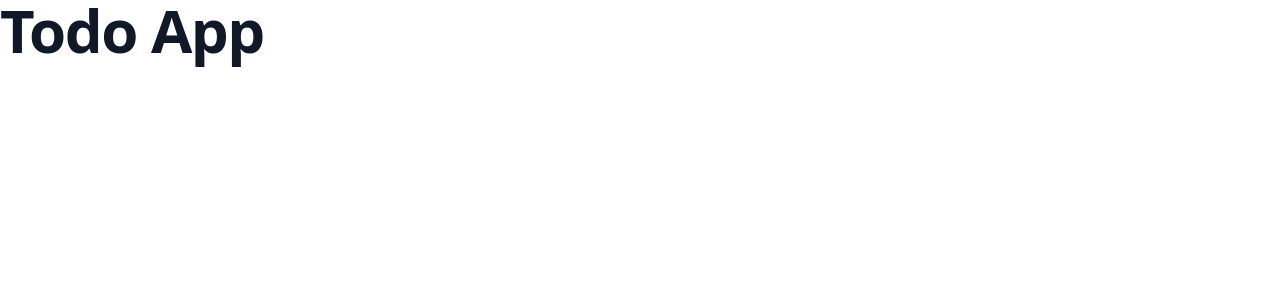
Repository: sodmaq/Todo-App
Page: /
The author's editor kept a copy of each file at every save. The page is drawn from the files as they stood at one save, then again after the next save.
The browser window is 1280 px wide. The pictures show the whole page.
The project was rebuilt for these pictures with package versions that can differ from the ones it lists, and the page was loaded fresh each time. Also part of the build but not shown: vite.config.js.

Above is the page before, as saved 2024-09-03 11:57:23.

After the next save:
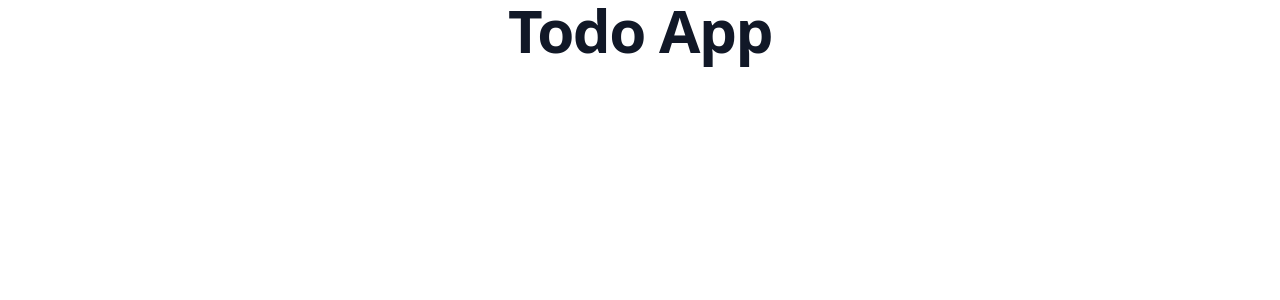
Saved 33 s later.
--- a/src/components/Header.jsx
+++ b/src/components/Header.jsx
@@ -1,7 +1,7 @@
 function Header() {
   return (
     <div>
-      <h1 className="mb-4 text-4xl font-extrabold leading-none tracking-tight text-gray-900 md:text-5xl lg:text-6xl dark:text-white">
+      <h1 className="mb-4 text-4xl font-extrabold leading-none tracking-tight text-gray-900 md:text-5xl lg:text-6xl dark:text-white text-center">
         Todo App
       </h1>
     </div>
